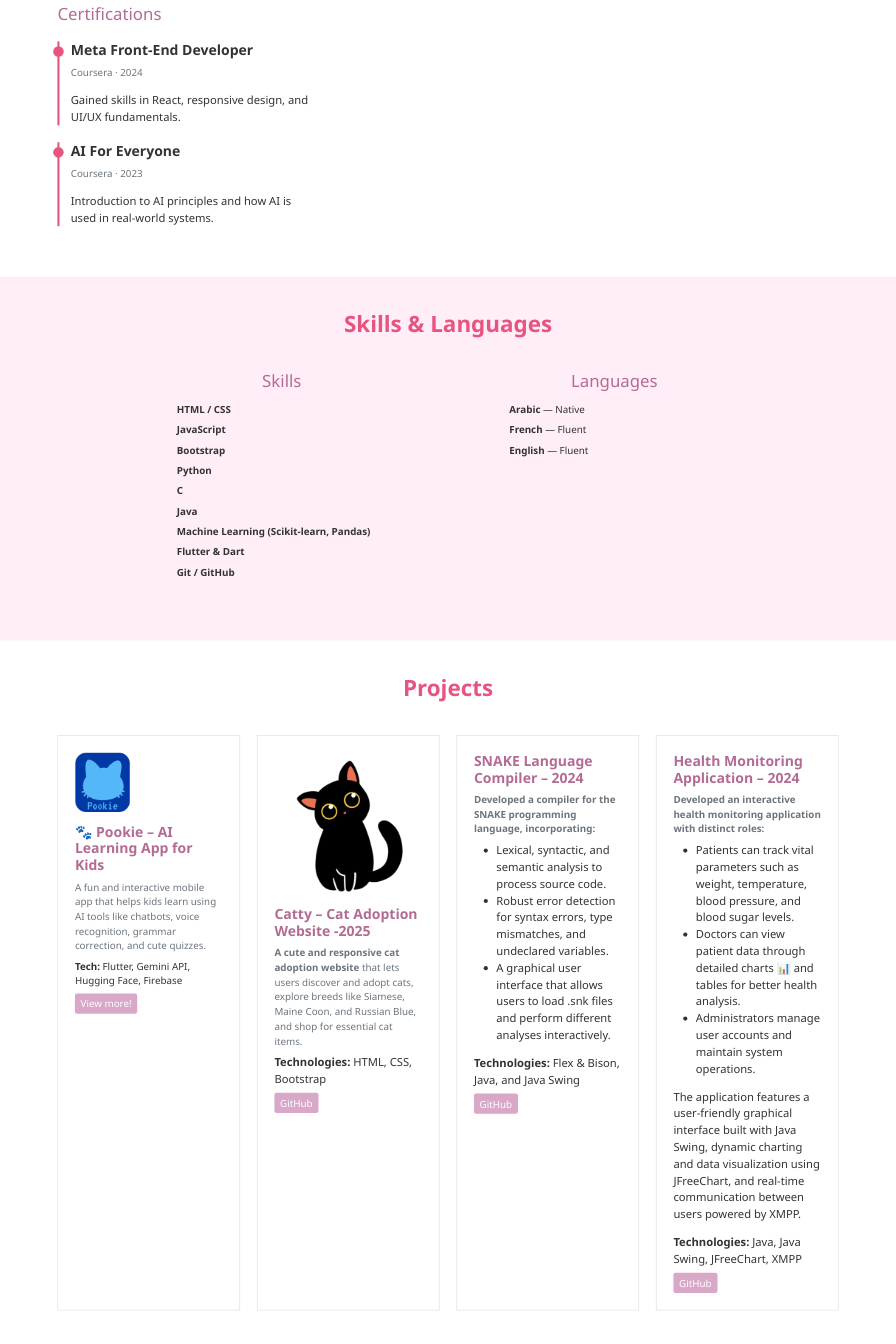
Repository: rihebtlh/portfolio
Page: new.html
An editor plug-in stored every save of this project. The page is shown before and after the next save, followed by the edit.
The browser window is 1280 px wide. The pictures show the part of the page from y = 1723 to 3643 px (the page is 3643 px tall), at 70% of full size.

Above is the page before, as saved 2025-07-02 16:33:02.

After the next save:
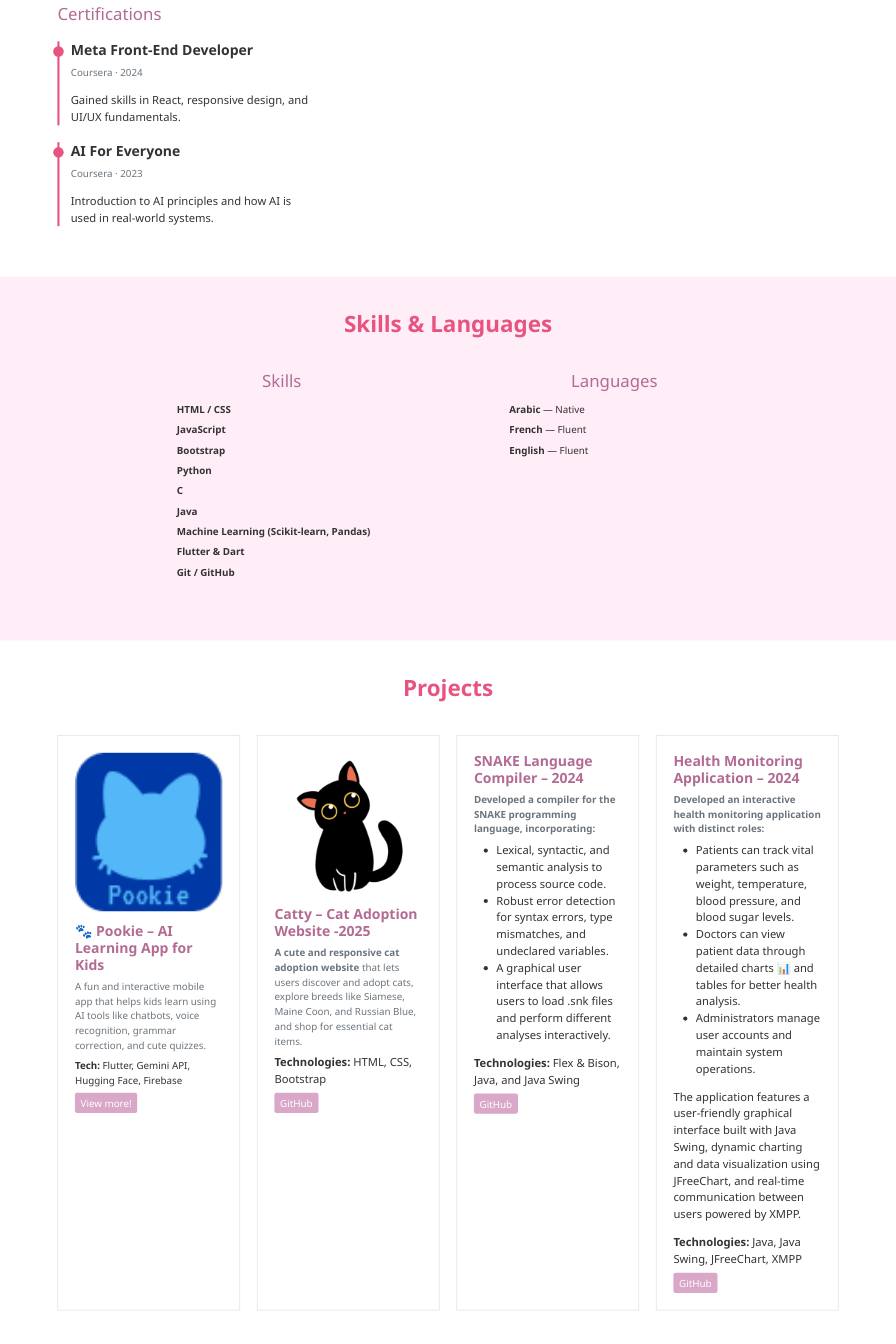
Saved 92 s later.
--- a/new.html
+++ b/new.html
@@ -263,7 +263,7 @@
         <div class="row justify-content-center g-4">
           <div class="col-md-3">
             <div class="p-4 border rounded-4 h-100" style="border-color: #ffd6e8; background-color: #fff;">
-              <img src="assets/pookie.png" alt="Pookie App Preview" class="img-fluid rounded mb-3">
+              <img src="assets/pookie.png" alt="Pookie App Preview" class="img-fluid rounded mb-3" style="max-height: 300px; width: 100%; object-fit: cover;">
               <h5 class="fw-bold" style="color: #b36b94;">🐾 Pookie – AI Learning App for Kids</h5>
               <p class="text-muted small mb-2">
                 A fun and interactive mobile app that helps kids learn using AI tools like chatbots, voice recognition, grammar correction, and cute quizzes.
